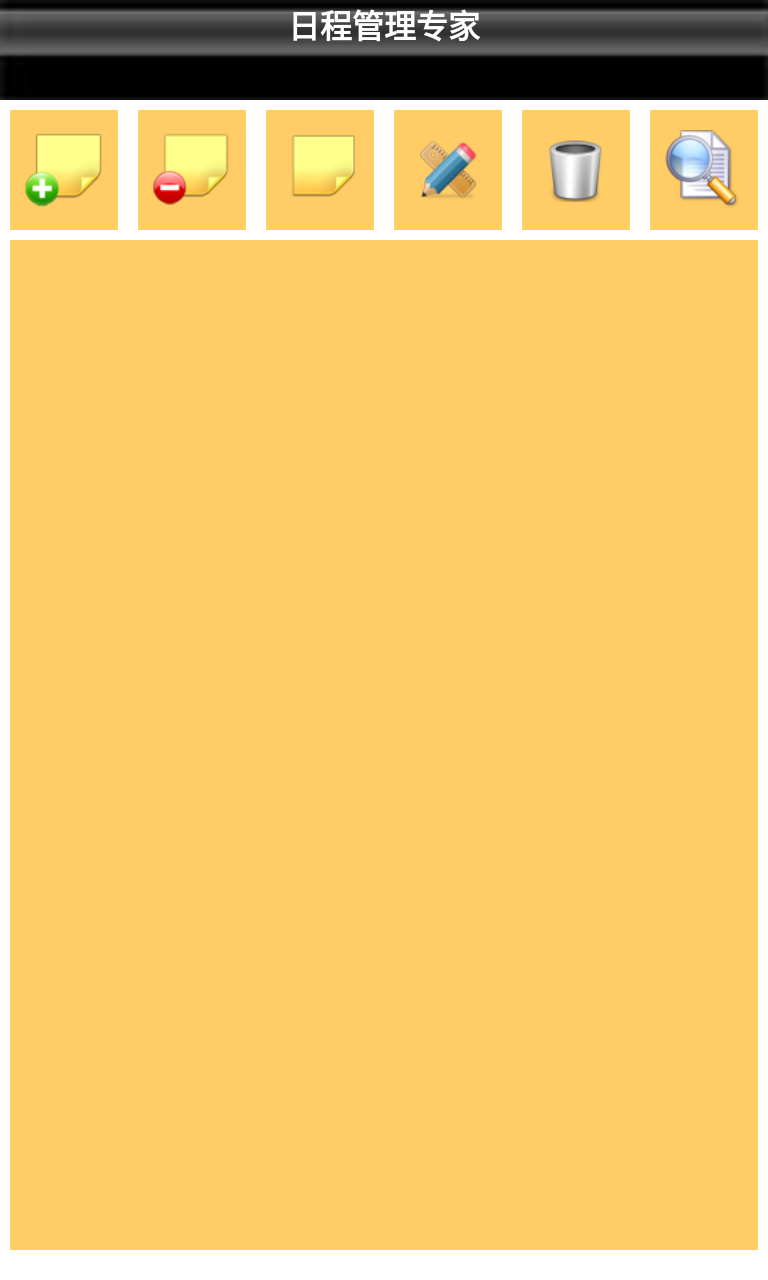
Repository: gogolaile/CoolWeather
Layout: DayDel/res/layout/search.xml
These files come from the project's save history. The layout is drawn as it stood at one moment and after the next save; the edit follows.
It is drawn on a 768 x 1280 px phone screen (xhdpi) without system bars, with theme android:Theme.NoTitleBar.Fullscreen; the app's code is not run. Lists and similar views that code fills are empty.

Above is the layout before, as saved 2015-12-05 10:11:30.

### DayDel/res/layout/search.xml
<LinearLayout xmlns:android="http://schemas.android.com/apk/res/android"
    android:layout_width="match_parent"
    android:layout_height="match_parent"
    android:background="#FFFF"
    android:orientation="vertical">

    <FrameLayout
        android:layout_width="match_parent"
        android:layout_height="50dp"
        android:background="@drawable/title">
    <TextView
        android:layout_width="wrap_content"
        android:layout_height="wrap_content"
        android:text="@string/day_manager"
        android:textSize="16sp"
        android:textColor="#FFFF"
        android:textStyle="bold"
        android:layout_gravity="center_horizontal"
        />
     </FrameLayout>
     <LinearLayout
         android:layout_width="match_parent"
         android:layout_height="wrap_content"
         android:orientation="horizontal">
         <ImageButton
             android:id = "@+id/newone_b"
             android:layout_width="0dp"
             android:layout_height="60dp"
             android:layout_weight="1"
             android:layout_margin="5dp"
             android:padding="20dp"
             android:background="#FFCC66"
             android:src="@drawable/newone"/>
          <ImageButton
             android:id = "@+id/delete_b"
             android:layout_width="0dp"
             android:layout_height="60dp"
             android:layout_weight="1"
             android:layout_margin="5dp"
             android:padding="20dp"
             android:background="#FFCC66"
             android:src="@drawable/delete"/>
           <ImageButton
             android:id = "@+id/check_b"
             android:layout_width="0dp"
             android:layout_height="60dp"
             android:layout_weight="1"
             android:layout_margin="5dp"
             android:padding="20dp"
             android:background="#FFCC66"
             android:src="@drawable/check"/>
            <ImageButton
             android:id = "@+id/edit_b"
             android:layout_width="0dp"
             android:layout_height="60dp"
             android:layout_weight="1"
             android:layout_margin="5dp"
             android:padding="20dp"
             android:background="#FFCC66"
             android:src="@drawable/edit"/>
           <ImageButton
             android:id = "@+id/deleteall_b"
             android:layout_width="0dp"
             android:layout_height="60dp"
             android:layout_weight="1"
             android:layout_margin="5dp"
             android:padding="20dp"
             android:background="#FFCC66"
             android:src="@drawable/deleteall"/>
           <ImageButton
             android:id = "@+id/search_b"
             android:layout_width="0dp"
             android:layout_height="60dp"
             android:layout_weight="1"
             android:layout_margin="5dp"
             android:padding="20dp"
             android:background="#FFCC66"
             android:src="@drawable/search"/>
     </LinearLayout>
     <ListView
             android:layout_width="match_parent"
             android:layout_height="match_parent"
             android:background="#FFCC66"
             android:layout_marginLeft="5dp"
             android:layout_marginRight="5dp"
             android:layout_marginBottom="15dp">
     </ListView>
</LinearLayout>

### DayDel/res/values/strings.xml
<?xml version="1.0" encoding="utf-8"?>
<resources>

    <string name="app_name">DayDel</string>
    <string name="hello_world">Hello world!</string>
    <string name="action_settings">Settings</string>
    <string name="day_manager">日程管理专家</string>
    <string name="duty">已有日程</string>
    <string name="type">类型</string>
    <string name="theme">主题</string>
    <string name="remark">备注</string>
    <string name="add">添加</string>
    <string name="comeback">返回上一页</string>
    <string name="add_new_type">添加新类型</string>
    <string name="type_manager">类型管理</string>
    <string name="existing_type">已有类型</string>
    <string name="complete">完成</string>
    <string name="cancel">取消</string>
    <string name="set_the_alarm">设置闹钟</string>
    <string name="set_the_time">设置日期和时间</string>
    <string name="edit">更改</string>
    <string name="search">搜索</string>
    <string name="search_result">查找结果</string>
    <string name="limited_date_range">限定日期范围</string>
    <string name="conditions_search">按条件搜索</string>
    <string name="search_from">从指定类型中搜索</string>
    <string name="choose_all_type">选定以上所有类型</string>
    <string name="metting">会议</string>
    <string name="memo">备忘</string>
    <string name="date">约会</string>
    <string name="backlog">待办</string>
    <string name="date_changed">修改日程</string>
    <string name="date_build">新建日程</string>
    <string name="day">日期:2011/06/19</string>
    <string name="time">时间:08:00</string>
    <string name="alarm">闹钟:无闹钟</string>
    <string name="daytype_manage">日程类型管理</string>
</resources>

After the next save:
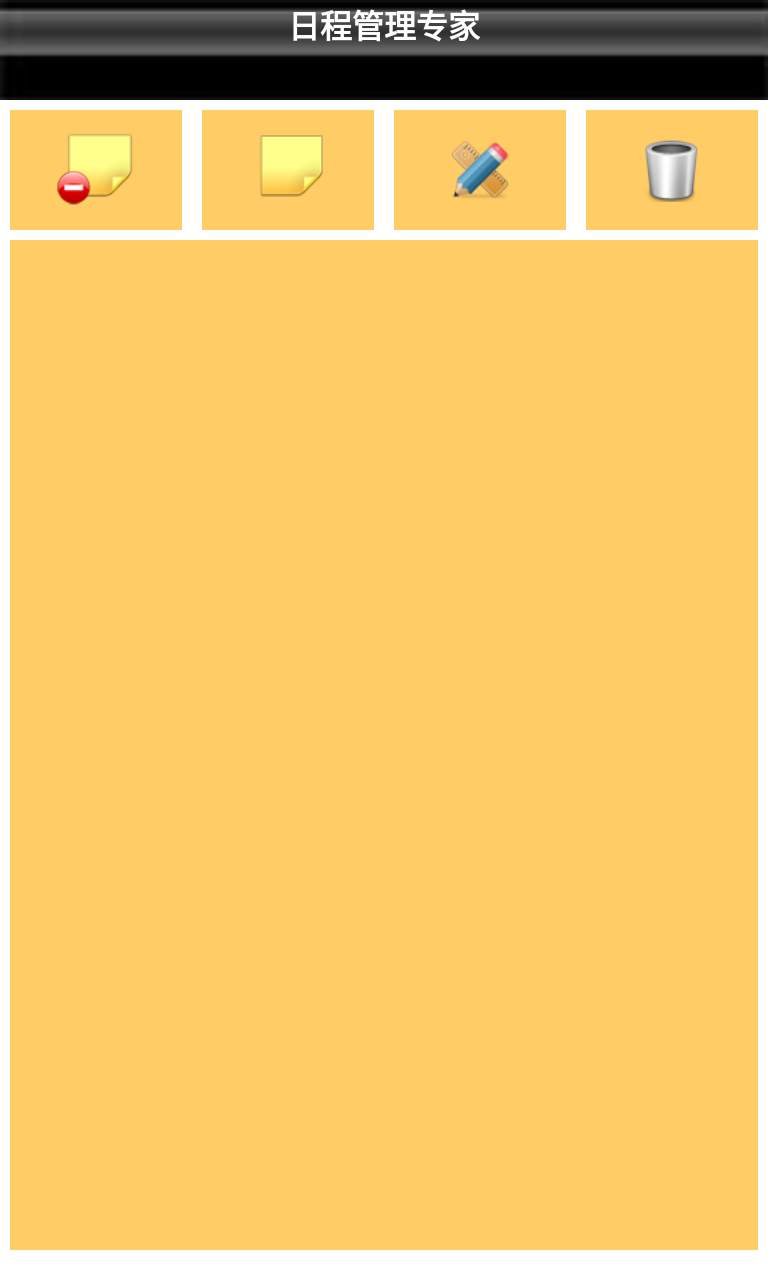
Saved 40 h 38 min later.
--- a/DayDel/res/layout/search.xml
+++ b/DayDel/res/layout/search.xml
@@ -22,17 +22,8 @@
          android:layout_width="match_parent"
          android:layout_height="wrap_content"
          android:orientation="horizontal">
-         <ImageButton
-             android:id = "@+id/newone_b"
-             android:layout_width="0dp"
-             android:layout_height="60dp"
-             android:layout_weight="1"
-             android:layout_margin="5dp"
-             android:padding="20dp"
-             android:background="#FFCC66"
-             android:src="@drawable/newone"/>
           <ImageButton
-             android:id = "@+id/delete_b"
+             android:id = "@+id/delete_b_search"
              android:layout_width="0dp"
              android:layout_height="60dp"
              android:layout_weight="1"
@@ -41,7 +32,7 @@
              android:background="#FFCC66"
              android:src="@drawable/delete"/>
            <ImageButton
-             android:id = "@+id/check_b"
+             android:id = "@+id/check_b_search"
              android:layout_width="0dp"
              android:layout_height="60dp"
              android:layout_weight="1"
@@ -50,7 +41,7 @@
              android:background="#FFCC66"
              android:src="@drawable/check"/>
             <ImageButton
-             android:id = "@+id/edit_b"
+             android:id = "@+id/edit_b_search"
              android:layout_width="0dp"
              android:layout_height="60dp"
              android:layout_weight="1"
@@ -59,7 +50,7 @@
              android:background="#FFCC66"
              android:src="@drawable/edit"/>
            <ImageButton
-             android:id = "@+id/deleteall_b"
+             android:id = "@+id/comeback_b_search"
              android:layout_width="0dp"
              android:layout_height="60dp"
              android:layout_weight="1"
@@ -67,15 +58,6 @@
              android:padding="20dp"
              android:background="#FFCC66"
              android:src="@drawable/deleteall"/>
-           <ImageButton
-             android:id = "@+id/search_b"
-             android:layout_width="0dp"
-             android:layout_height="60dp"
-             android:layout_weight="1"
-             android:layout_margin="5dp"
-             android:padding="20dp"
-             android:background="#FFCC66"
-             android:src="@drawable/search"/>
      </LinearLayout>
      <ListView
              android:layout_width="match_parent"
